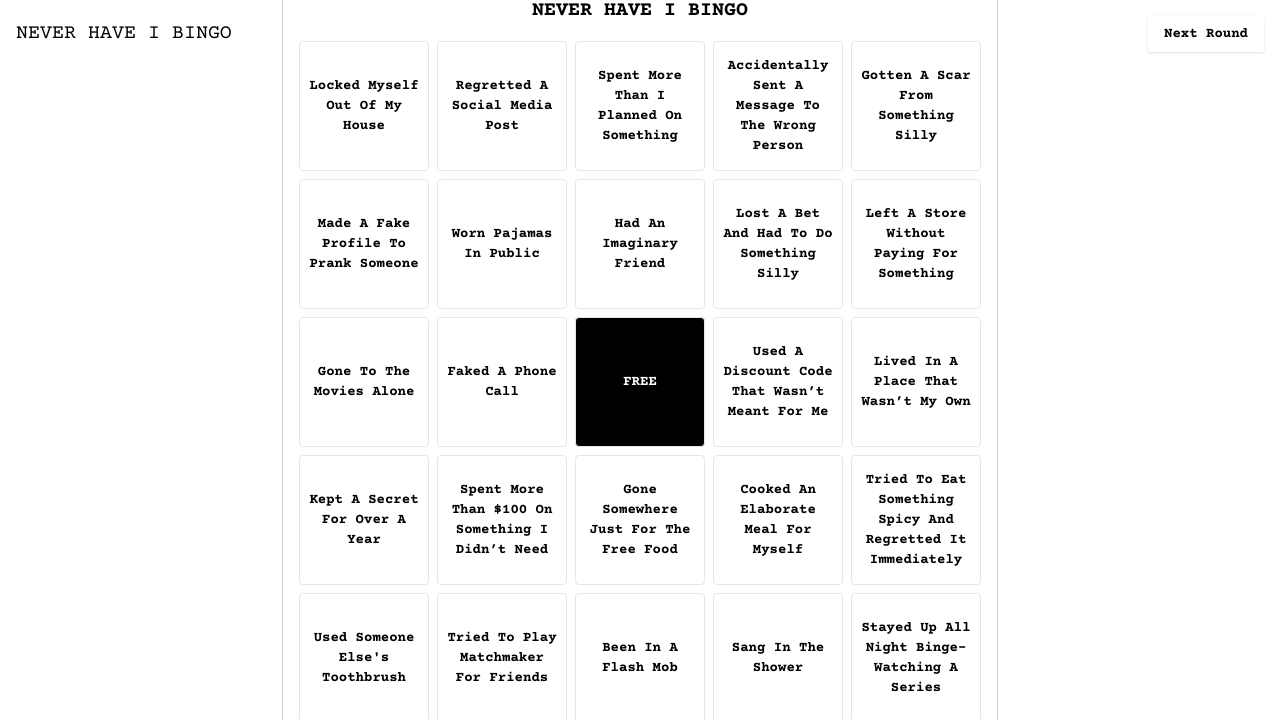
Repository: Jeysmeister/sensoryminds-bingo
Page: /
The author's editor kept a copy of each file at every save. The page is drawn from the files as they stood at one save, then again after the next save.
The browser window is 1280 px wide. The pictures show the whole page.
The project was rebuilt for these pictures with package versions that can differ from the ones it lists, and the page was loaded fresh each time. The framework's server and built-in components were replaced by stand-ins that run in the browser. Also part of the build but not shown: next.config.ts.

Above is the page before, as saved 2024-11-12 18:09:02.

### app/layout.tsx
import type { Metadata } from "next";
import { Courier_Prime } from "next/font/google";
import "./globals.css";
import Header from "./components/Header";

export const metadata: Metadata = {
  title: "Never have I BINGO",
  description: "Sensory Minds Front-End Coding Challenge",
};

const courier = Courier_Prime({
  subsets: ["latin"],
  weight: ["400", "700"],
});

export default function RootLayout({
  children,
}: Readonly<{
  children: React.ReactNode;
}>) {
  return (
    <html lang="en">
      <body className={`${courier.className} antialiased`}>{children}</body>
    </html>
  );
}

### app/page.tsx
import { neverHaveIEverQuestions } from "@/data/questions";
import BingoCard from "./components/BingoCard";
import Header from "./components/Header";

export default function Home() {
  const getRandomQuestions = (count: number) => {
    const shuffled = [...neverHaveIEverQuestions].sort(() => 0.5 - Math.random());
    return shuffled.slice(0, count);
  };
  const questions = getRandomQuestions(24);
  return (
    <div className="flex w-screen overflow-hidden">
      {/* <div className="cursor-pointer">
        <div className="w-screen h-screen flex justify-center items-center text-white bg-black flex-col gap-4">
          <div className="text-xl font-bold">Welcome to</div> <div className="text-4xl font-bold">NEVER HAVE I BINGO</div>
          <div className="text-sm">(Click to continue...)</div>
        </div>
      </div> */}
      {/* <div className="cursor-pointer">
        <div className="w-screen h-screen flex justify-center items-center text-white bg-black flex-col gap-4">
          <div className="text-4xl font-extrabold">RULES</div>
          <div className="flex flex-col text-xl font-bold text-left w-[800px]">
            <div>1. Players must decide on the consequence when a player loses.</div>
            <div>2. Players must click on the boxes they've done.</div>
            <div>3. A player loses if they fill a row, column, or diagonal.</div>
            <div>4. All players that loses must do the consequence.</div>
            <div>5. After doing the consequence, players must click the restart button on the top right of the page.</div>
            <div>6. Have Fun!.</div>
          </div>
          <div className="text-sm">(Click to continue...)</div>
        </div>
      </div> */}
      <div className="w-screen h-screen flex flex-col justify-center items-center relative">
        <Header />
        <BingoCard questions={questions} />
      </div>
    </div>
  );
}

### data/questions.ts
export const neverHaveIEverQuestions = [
  "laughed so hard I snorted",
  "eaten a whole pizza by myself",
  "stayed up all night binge-watching a series",
  "danced in the rain",
  "tried to learn another language just to impress someone",
  "accidentally texted the wrong person",
  "pretended to know a celebrity",
  "had a nightmare about work or school",
  "played a prank on a teacher or boss",
  "gone skinny dipping",
  "gotten lost in an amusement park",
  "been on a blind date",
  "pretended to be on a cooking show while making food",
  "locked myself out of my house",
  "forgotten an important anniversary or birthday",
  "tried a weird food combination that I ended up loving",
  "cried during a movie",
  "played a video game all night",
  "forgotten someone's name right after meeting them",
  "laughed at a joke I didn't get",
  "sung karaoke in public",
  "cried at a wedding",
  "been the last one awake at a sleepover",
  "tried to start a fire without matches or a lighter",
  "accidentally sent a message to the wrong person",
  "made up an excuse to get out of a date",
  "accidentally walked into the wrong restroom",
  "gotten a tattoo I regretted",
  "pretended to like a gift I didn't like",
  "been on a roller coaster",
  "cried during a song",
  "fainted in public",
  "had my phone fall in water",
  "pretended to be sick to skip school or work",
  "done a backflip",
  "lied to my best friend",
  "been scared of clowns",
  "cried at a concert",
  "sang in the shower",
  "had a crush on a teacher",
  "broken a bone",
  "eaten food that was still frozen",
  "gotten stitches",
  "driven a car",
  "ridden a motorcycle",
  "been to a haunted house",
  "been on TV",
  "been afraid of the dark",
  "been stuck in an elevator",
  "lost my wallet",
  "cooked an elaborate meal for myself",
  "accidentally broken a friend's item and didn't tell them",
  "regretted a social media post",
  "missed a flight",
  "forgotten my passport while traveling",
  "made a mess and left it for someone else to clean",
  "skipped school or work for a road trip",
  "written a poem for someone",
  "fallen asleep on public transportation and missed my stop",
  "said 'you too' when a cashier said 'enjoy your meal'",
  "been told I look like a celebrity",
  "stayed up all night talking to someone",
  "gone to a costume party as myself",
  "bought something just for the packaging",
  "tried to do the splits",
  "put something back on the shelf after deciding not to buy it",
  "worn pajamas in public",
  "ordered an item of food just to take a picture of it",
  "walked into a glass door",
  "gone somewhere just for the free food",
  "tried a dance move from a music video",
  "lost something important and found it years later",
  "kept a plant alive for over a year",
  "given a fake name at a coffee shop",
  "forgotten where I parked my car",
  "forgotten my own phone number",
  "sent a text while angry that I regretted later",
  "watched an entire series in a single day",
  "had a song stuck in my head for days",
  "missed an important event because I overslept",
  "gotten sunburned so badly I peeled",
  "tried to ice skate and fallen",
  "been in a flash mob",
  "left a comment on a stranger's social media",
  "gone to the movies alone",
  "pretended to understand something I didn't",
  "stolen something small from a hotel",
  "broken a bone and not realized it immediately",
  "sent an email without proofreading it first",
  "taken a personality quiz online",
  "signed up for something I didn't want just for a freebie",
  "gotten a scar from something silly",
  "apologized to an object after bumping into it",
  "lost track of time while browsing the internet",
  "taken a selfie with a pet",
  "stayed in pajamas all day",
  "been seasick",
  "seen a ghost",
  "tried to play matchmaker for friends",
  "pretended I knew the words to a song",
  "kept a secret for over a year",
  "ate something weird just to prove I could",
  "looked up my own name on the internet",
  "changed my hairstyle on a whim",
  "put salt in coffee or tea by accident",
  "eaten a whole cake by myself",
  "watched a movie and fell asleep halfway through",
  "had an imaginary friend",
  "been to a concert",
  "eaten food that was past its expiration date",
  "accidentally called someone by the wrong name",
  "broken something expensive and blamed it on someone else",
  "spent more than $100 on something I didn’t need",
  "used someone else's toothbrush",
  "tried to eat something spicy and regretted it immediately",
  "posted something embarrassing online",
  "tried to flirt and failed miserably",
  "lied about my age",
  "been on a dating app",
  "used a fake ID",
  "faked being sick to avoid something",
  "lived in a place that wasn’t my own",
  "kept something from my childhood",
  "had a pet that wasn’t a dog or cat",
  "faked a phone call",
  "ate something because it was trendy",
  "thought I was going to die at some point",
  "slept through an alarm",
  "danced in front of a mirror",
  "sang in front of a mirror",
  "had a food fight",
  "tried to become friends with someone just because they were popular",
  "stalked someone on social media",
  "tried to break up with someone but didn’t",
  "had a crush on a fictional character",
  "joined a group just to get discounts",
  "told someone a secret and regretted it",
  "ate something I didn’t like to be polite",
  "cheated on a test",
  "used a burner phone",
  "felt awkward in a social setting",
  "kept a childhood toy",
  "threw a surprise party for someone",
  "accidentally walked into a room full of people while I was on a video call",
  "joined a club to meet new people",
  "went on a blind date",
  "helped a friend cheat on an exam",
  "had a weird pet",
  "forgotten to charge my phone",
  "called in sick to work when I wasn’t",
  "been caught stealing something",
  "tried to take a shortcut that ended up being longer",
  "left a store without paying for something",
  "made a fake profile to prank someone",
  "kept a really embarrassing thing secret from my family",
  "met someone famous",
  "slept through an important meeting",
  "had a crush on a teacher",
  "sang in public",
  "had a bad haircut and didn’t tell anyone",
  "used a dating app without success",
  "snuck into a movie",
  "made a prank phone call",
  "used someone’s Netflix account without permission",
  "went on a vacation alone",
  "used a discount code that wasn’t meant for me",
  "accidentally wore mismatched socks",
  "tried a weird life hack that didn’t work",
  "got scammed online",
  "eaten an entire chocolate bar in one sitting",
  "seen something creepy and didn’t tell anyone",
  "been told to be quiet in a library",
  "been to a theme park with friends",
  "gotten in trouble for something I didn’t do",
  "had a fashion disaster",
  "was a picky eater when I was younger",
  "accidentally liked an old photo on social media",
  "wore sunglasses inside",
  "stayed up late for no reason",
  "had an awkward family gathering",
  "been called out in a public place",
  "tried to impress someone and failed",
  "lost a bet and had to do something silly",
  "said something inappropriate in front of my parents",
  "been to a concert of a band I didn’t like",
  "laughed during a serious moment",
  "tried to sell something I didn’t need",
  "talked to someone only to realize I had met them before",
  "tried to skip a line and got caught",
  "ate food that was not prepared by me",
  "tried to fix something and made it worse",
  "was shocked by something that turned out to be a prank",
  "pretended to be asleep when someone walked in",
  "had a crush on someone for a long time without telling them",
  "spent too much money on coffee",
  "missed a major event because I overslept",
  "sent a message to the wrong person by accident",
  "accidentally made an embarrassing sound in public",
  "looked up how to do something but still couldn’t",
  "tried to impress someone with a talent I didn’t have",
  "tried a food that sounded good but tasted bad",
  "was caught talking to myself in public",
  "made a mess and didn’t clean it up",
  "was caught eavesdropping on a conversation",
  "spent more than I planned on something",
  "told someone I was busy when I wasn’t",
  "went somewhere just for the food",
  "tried to act cool but failed",
  "lost something and then found it in a place I looked earlier",
  "spent an entire day in my pajamas",
  "tried a DIY project and it turned out horrible",
  "pretended to be an expert at something",
  "laughed at a joke I didn’t understand",
  "accidentally sent a text with a typo to my boss",
  "talked to someone for a while only to realize they weren’t who I thought",
  "tried to speak another language and failed",
  "got caught in a lie",
  "accidentally said something inappropriate",
  "pretended to know how to drive but didn’t",
  "lost my phone and found it in the last place I looked",
  "ate something and immediately regretted it",
  "been surprised by a surprise party",
  "sung a song in the car like it was a concert",
  "pretended to be sick to avoid work",
  "had a pet that I wasn’t responsible for",
  "been on a reality TV show",
  "eaten a whole bag of chips in one sitting",
  "watched something on Netflix that was totally embarrassing",
  "forgotten to reply to a message for a week",
  "gotten lost and found my way by asking for directions",
  "been embarrassed by my own joke",
  "told a bad joke that no one laughed at",
  "forgotten my own birthday",
  "failed a simple task",
  "been caught stealing something small",
  "spied on someone without their knowledge",
  "drank coffee at midnight",
  "accidentally sent a selfie to the wrong person",
  "made a huge mistake at work",
  "accidentally dyed my hair a weird color",
  "acted like I knew something but didn’t",
  "forgotten where I put my phone",
  "told a fib that backfired",
  "shared a secret that wasn’t mine to share",
];

### app/components/BingoCard.tsx
"use client";

import { possibleWins } from "@/data/possibleWins";
import { useEffect, useState } from "react";
import BingoItem from "./BingoItem";
import { motion } from "framer-motion";

const container = {
  hidden: { opacity: 1, scale: 0 },
  visible: {
    opacity: 1,
    scale: 1,
    transition: {
      delayChildren: 0.3,
      staggerChildren: 0.2,
    },
  },
};

const child = {
  hidden: { y: 20, opacity: 0 },
  visible: {
    y: 0,
    opacity: 1,
  },
};

const BingoCard = ({ questions }: { questions: string[] }) => {
  const [marked, setMarked] = useState<number[]>([12]);
  const grid = [...questions.slice(0, 12), "FREE", ...questions.slice(12)];
  const checkForWin = (markedBoxes: number[]) => {
    return possibleWins.some((combination) => combination.every((index) => markedBoxes.includes(index)));
  };
  useEffect(() => {
    console.log(marked);
    const win = checkForWin(marked);
    if (win) {
      console.log("WINNER");
    }
  }, [marked]);

  return (
    <motion.div variants={container} initial="hidden" animate="visible" className="border border-gray-300 p-4 pt-0 rounded-xl">
      <div className="flex w-full justify-center items-center py-4 text-xl font-extrabold">NEVER HAVE I BINGO</div>
      <div className="max-w-[800px] max-h-[800px] grid grid-cols-5 gap-2">
        {grid.map((item, index) => (
          <motion.div variants={child}>
            <BingoItem key={index} index={index} item={item} marked={marked} setMarked={setMarked} />
          </motion.div>
        ))}
      </div>
    </motion.div>
  );
};

export default BingoCard;

### app/components/Header.tsx
import { Button } from "@/components/ui/button";

const Header = () => {
  return (
    <div className="p-4 w-screen absolute top-0  flex justify-between items-center">
      <div className="text-xl">NEVER HAVE I BINGO</div>
      <Button className="font-extrabold">Next Round</Button>
    </div>
  );
};

export default Header;

### data/possibleWins.ts
export const possibleWins = [
  // Rows
  [0, 1, 2, 3, 4], // Row 1
  [5, 6, 7, 8, 9], // Row 2
  [10, 11, 12, 13, 14], // Row 3
  [15, 16, 17, 18, 19], // Row 4
  [20, 21, 22, 23, 24], // Row 5

  // Columns
  [0, 5, 10, 15, 20], // Column 1
  [1, 6, 11, 16, 21], // Column 2
  [2, 7, 12, 17, 22], // Column 3
  [3, 8, 13, 18, 23], // Column 4
  [4, 9, 14, 19, 24], // Column 5

  // Diagonals
  [0, 6, 12, 18, 24], // Diagonal 1
  [4, 8, 12, 16, 20], // Diagonal 2
];

### app/components/BingoItem.tsx
"use client";

import { useState } from "react";
import { motion } from "framer-motion";

const BingoItem = ({ index, item, marked, setMarked }: { index: number; item: string; marked: number[]; setMarked: (value: number[]) => void }) => {
  const [active, setActive] = useState(item === "FREE" ? true : false);
  const handleClick = (index: number) => {
    if (item !== "FREE") {
      const newActive = !active;
      if (newActive) {
        setActive(newActive);
        setMarked([...marked, index]);
      } else {
        setActive(newActive);
        const indexOfItem = marked.indexOf(index);
        setMarked([...marked.splice(0, indexOfItem), ...marked.splice(indexOfItem)]);
      }
    }
  };
  return (
    <motion.div
      initial={{ backgroundColor: "#ffffff" }}
      animate={{
        backgroundColor: active ? "#000000" : "#ffffff",
      }}
      transition={{ duration: 0.5 }}
      key={index}
      className={`relative flex items-center justify-center p-2 h-[130px] w-[130px] border border-gray-200 rounded ${active ? "bg-black text-white" : "bg-white text-black"} cursor-pointer`}
      onClick={() => handleClick(index)}
    >
      <p className="text-center text-sm font-extrabold capitalize">{item}</p>
    </motion.div>
  );
};

export default BingoItem;

### components/ui/button.tsx
import * as React from "react"
import { Slot } from "@radix-ui/react-slot"
import { cva, type VariantProps } from "class-variance-authority"

import { cn } from "@/lib/utils"

const buttonVariants = cva(
  "inline-flex items-center justify-center gap-2 whitespace-nowrap rounded-md text-sm font-medium transition-colors focus-visible:outline-none focus-visible:ring-1 focus-visible:ring-ring disabled:pointer-events-none disabled:opacity-50 [&_svg]:pointer-events-none [&_svg]:size-4 [&_svg]:shrink-0",
  {
    variants: {
      variant: {
        default:
          "bg-primary text-primary-foreground shadow hover:bg-primary/90",
        destructive:
          "bg-destructive text-destructive-foreground shadow-sm hover:bg-destructive/90",
        outline:
          "border border-input bg-background shadow-sm hover:bg-accent hover:text-accent-foreground",
        secondary:
          "bg-secondary text-secondary-foreground shadow-sm hover:bg-secondary/80",
        ghost: "hover:bg-accent hover:text-accent-foreground",
        link: "text-primary underline-offset-4 hover:underline",
      },
      size: {
        default: "h-9 px-4 py-2",
        sm: "h-8 rounded-md px-3 text-xs",
        lg: "h-10 rounded-md px-8",
        icon: "h-9 w-9",
      },
    },
    defaultVariants: {
      variant: "default",
      size: "default",
    },
  }
)

export interface ButtonProps
  extends React.ButtonHTMLAttributes<HTMLButtonElement>,
    VariantProps<typeof buttonVariants> {
  asChild?: boolean
}

const Button = React.forwardRef<HTMLButtonElement, ButtonProps>(
  ({ className, variant, size, asChild = false, ...props }, ref) => {
    const Comp = asChild ? Slot : "button"
    return (
      <Comp
        className={cn(buttonVariants({ variant, size, className }))}
        ref={ref}
        {...props}
      />
    )
  }
)
Button.displayName = "Button"

export { Button, buttonVariants }

Loaded but not shown: app/globals.css (common file); lib/utils.ts (common file); tailwind.config.ts (common file)

After the next save:
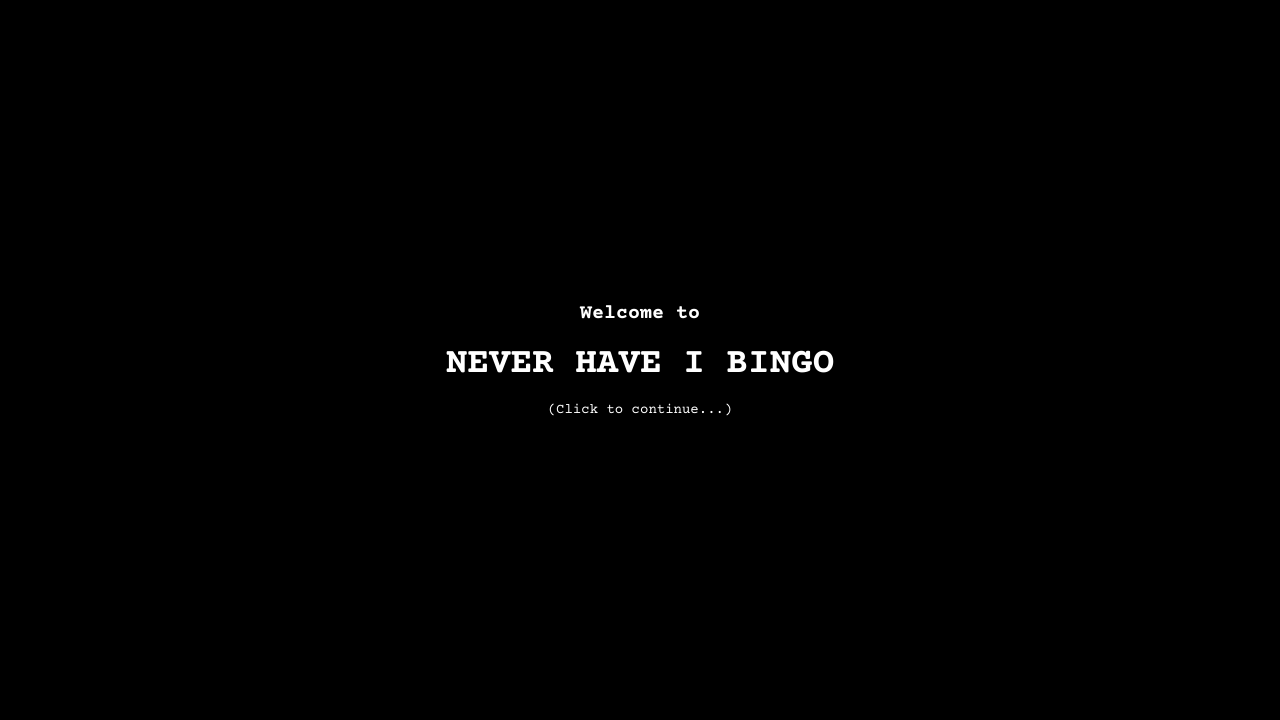
Saved 74 s later.
--- a/app/page.tsx
+++ b/app/page.tsx
@@ -1,6 +1,7 @@
 import { neverHaveIEverQuestions } from "@/data/questions";
 import BingoCard from "./components/BingoCard";
 import Header from "./components/Header";
+import { motion } from "framer-motion";
 
 export default function Home() {
   const getRandomQuestions = (count: number) => {
@@ -10,12 +11,12 @@ export default function Home() {
   const questions = getRandomQuestions(24);
   return (
     <div className="flex w-screen overflow-hidden">
-      {/* <div className="cursor-pointer">
+      <motion.div className="cursor-pointer">
         <div className="w-screen h-screen flex justify-center items-center text-white bg-black flex-col gap-4">
           <div className="text-xl font-bold">Welcome to</div> <div className="text-4xl font-bold">NEVER HAVE I BINGO</div>
           <div className="text-sm">(Click to continue...)</div>
         </div>
-      </div> */}
+      </motion.div>
       {/* <div className="cursor-pointer">
         <div className="w-screen h-screen flex justify-center items-center text-white bg-black flex-col gap-4">
           <div className="text-4xl font-extrabold">RULES</div>
